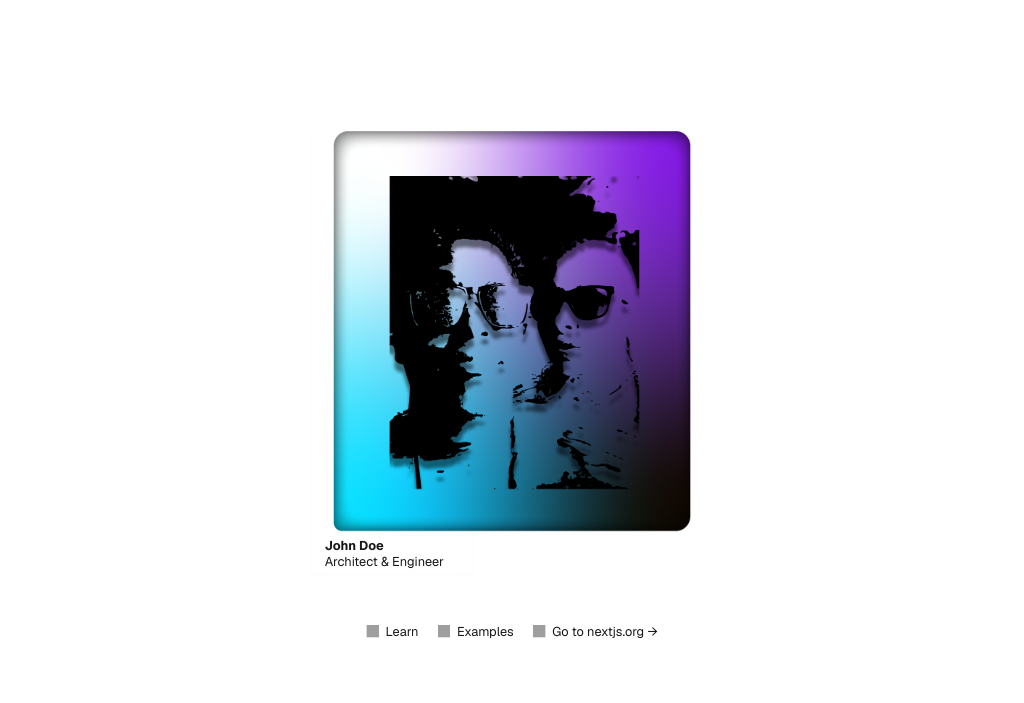
Repository: JasonMorta/react-dnd
Page: /
These files come from the project's save history. The page is drawn as it stood at one moment and after the next save; the edit follows.
The browser window is 1280 px wide. The pictures show the whole page, at 80% of full size.
Pictures or frames that could not be fetched are drawn as grey boxes. The project was rebuilt for these pictures with package versions that can differ from the ones it lists, and the page was loaded fresh each time. The framework's server and built-in components were replaced by stand-ins that run in the browser. Also part of the build but not shown: next.config.mjs.

Above is the page before, as saved 2025-03-16 22:25:21.

After the next save:
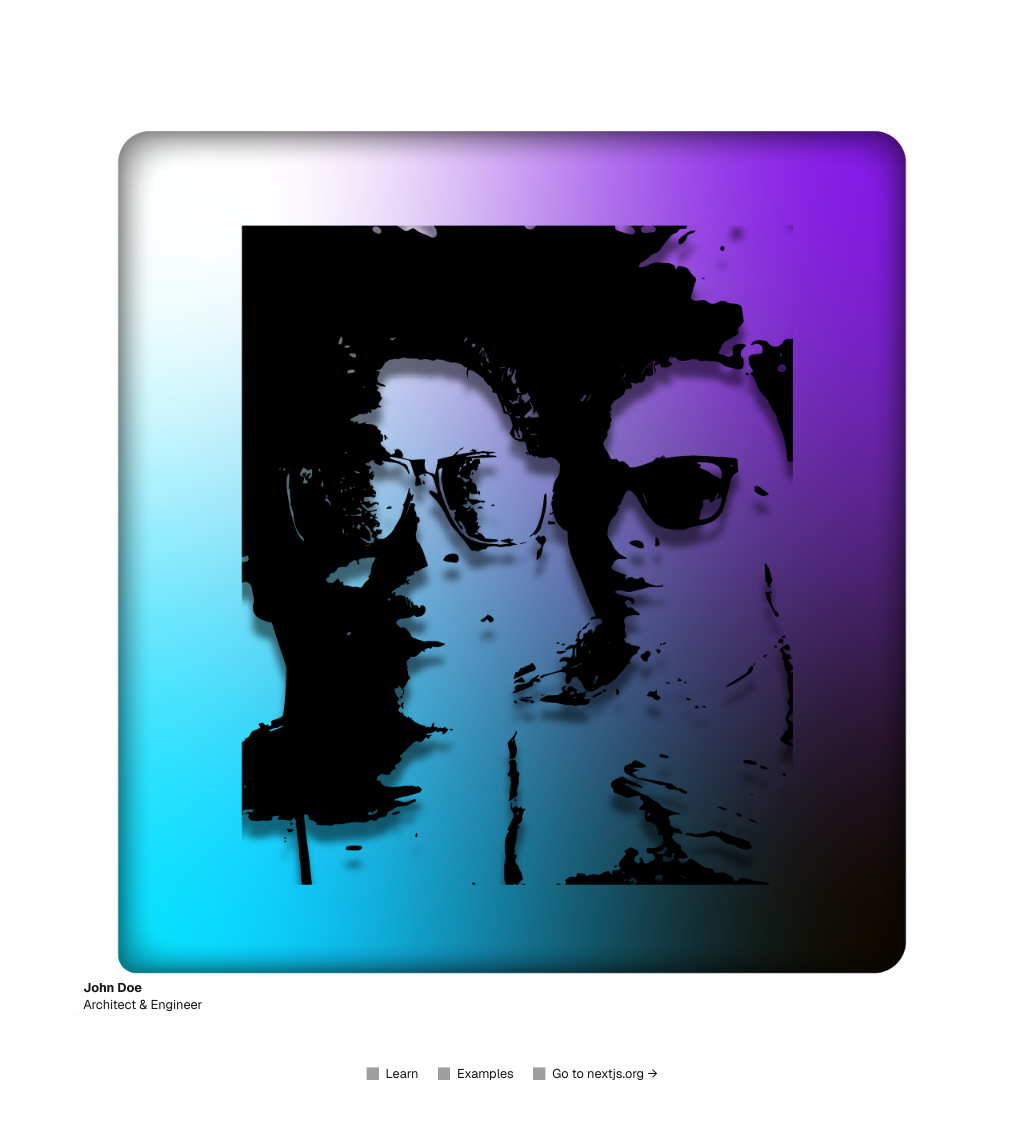
Saved 18 s later.
--- a/src/app/components/CardEl.jsx
+++ b/src/app/components/CardEl.jsx
@@ -8,8 +8,8 @@
     <div className="custom-card">
       <Image
         src={profilePic}
-        width={500}
-        height={500}
+        // width={500}
+        // height={500}
         alt="Picture of the author"
       />
       <div className="custom-container">
